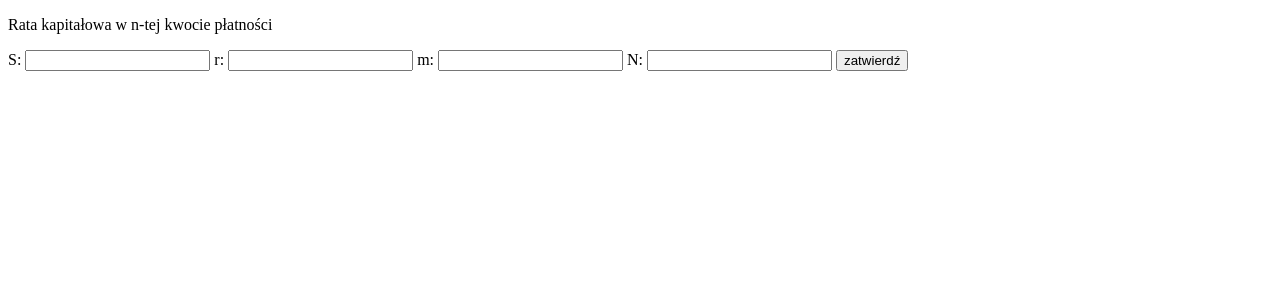
Repository: ravkita/MFCalc
Page: index.html
The author's editor kept a copy of each file at every save. The page is drawn from the files as they stood at one save, then again after the next save.
The browser window is 1280 px wide. The pictures show the whole page.

Above is the page before, as saved 2021-04-12 17:29:53.

### index.html
<!DOCTYPE html>
<html lang="en">
<head>
    <meta charset="UTF-8">
    <meta http-equiv="X-UA-Compatible" content="IE=edge">
    <meta name="viewport" content="width=device-width, initial-scale=1.0">
    <title>Kalkulator</title>
</head>
<body>
    <p class="title">Rata kapitałowa w n-tej kwocie płatności </p>
    <form action="" id="rata">
        <label for="S">S:</label> <input type="number" name="S" class="s">
        <label for="r">r:</label> <input type="number" name="r" class="r">
        <label for="m">m:</label> <input type="number" name="m" class="m">
        <label for="N">N:</label> <input type="number" name="N" class="N">
        <input type="button" name="confirm" id="confirm" value="zatwierdź">
    </form>
    <div class="result">

    </div>
    <script type="text/javascript">
        let s;
        let r;
        let m;
        let N;
        let q;
        function rataZmienna(){
            let tn = [];
                for(let i = 1; i<=N; i++){
                    const el = document.createElement("p");
                    tn[i-1] = s*((Math.pow(q, i) - Math.pow(q, i-1))/(Math.pow(q, m*N) - 1));
                    el.innerText = `T${i}: ${tn[i-1]}`;
                    document.querySelector('.result').appendChild(el);
                }
        }
        function kwotaPlatnosciStala(){
            const el = document.createElement("p");
            let a = s*Math.pow(q, m*N)*((q-1)/(Math.pow(q, m*N)-1));
            el.innerText = `A: ${a}`;
            document.querySelector('.result').appendChild(el);
        }
        function kwotaPlatnosciZmienna(){
            for(let i = 1; i<=N*m; i++){
                const el = document.createElement("p");
                let an = (s/(N*m))*[1+((N*m)-i+1)*(r/m)];
                el.innerText = `A${i}: ${an}`;
                document.querySelector('.result').appendChild(el);
            }
        }
        function getData(){
            document.getElementById('confirm').addEventListener('click', (e) =>{
                s = document.querySelector('.s').value;
                r = document.querySelector('.r').value;
                m = document.querySelector('.m').value;
                N = document.querySelector('.N').value;
                q = 1+(r/m);
                // rataZmienna();
                // kwotaPlatnosciStala();
                kwotaPlatnosciZmienna();
            });
        }
        getData();
    </script>
</body>
</html>

After the next save:
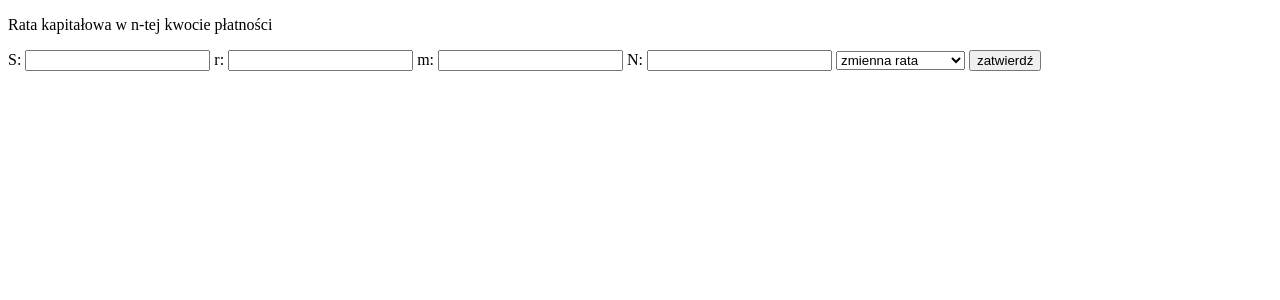
Console error: SyntaxError: Unexpected token ')'
Saved 99 s later.
--- a/index.html
+++ b/index.html
@@ -13,6 +13,10 @@
         <label for="r">r:</label> <input type="number" name="r" class="r">
         <label for="m">m:</label> <input type="number" name="m" class="m">
         <label for="N">N:</label> <input type="number" name="N" class="N">
+        <select name="type" id="typ">
+            <option value="rataZmienna">zmienna rata</option>
+            <option value="płatnosciZmienne">zmienne płatności</option>
+        </select>
         <input type="button" name="confirm" id="confirm" value="zatwierdź">
     </form>
     <div class="result">
@@ -54,6 +58,7 @@
                 m = document.querySelector('.m').value;
                 N = document.querySelector('.N').value;
                 q = 1+(r/m);
+                if()
                 // rataZmienna();
                 // kwotaPlatnosciStala();
                 kwotaPlatnosciZmienna();
